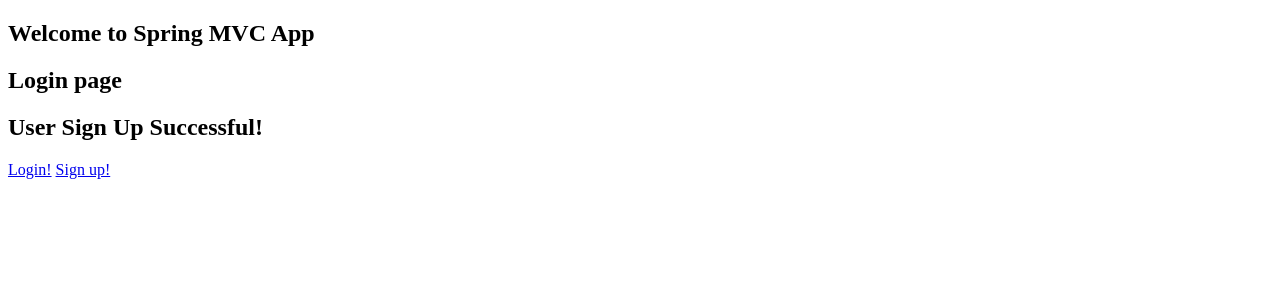
Repository: Prieena/cgi_java_training
Page: http://localhost/LoginApp_Assignment2/usersignup.jsp
The author's editor kept a copy of each file at every save. The page is drawn from the files as they stood at one save, then again after the next save.
The browser window is 1280 px wide. The pictures show the whole page.
The page is served by Tomcat 9. Other server files are loaded and not shown.

Above is the page before, as saved 2024-09-27 15:46:34.

### spring-mvc/LoginApp_Assignment2/src/main/webapp/usersignup.jsp
<%@ page language="java" contentType="text/html; charset=UTF-8"
    pageEncoding="UTF-8"%>
<!DOCTYPE html>
<html>
<head>
<meta charset="UTF-8">
<title>Insert title here</title>
</head>
<body>
	<h2>Welcome to Spring MVC App </h2>
	<h2>Login page</h2>
	<h2>User Sign Up Successful!</h2>
	<a href="login">Login!</a>
	<a href="signup">Sign up!</a>
</body>
</html>

After the next save:
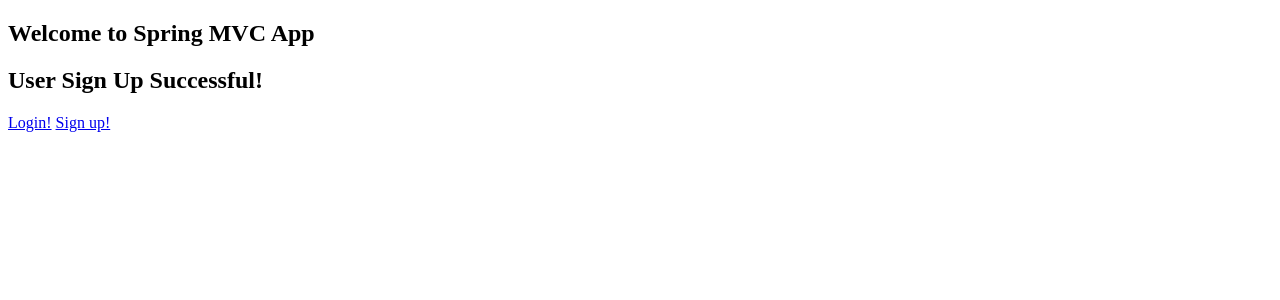
Saved 36 s later.
--- a/spring-mvc/LoginApp_Assignment2/src/main/webapp/usersignup.jsp
+++ b/spring-mvc/LoginApp_Assignment2/src/main/webapp/usersignup.jsp
@@ -8,7 +8,6 @@
 </head>
 <body>
 	<h2>Welcome to Spring MVC App </h2>
-	<h2>Login page</h2>
 	<h2>User Sign Up Successful!</h2>
 	<a href="login">Login!</a>
 	<a href="signup">Sign up!</a>
